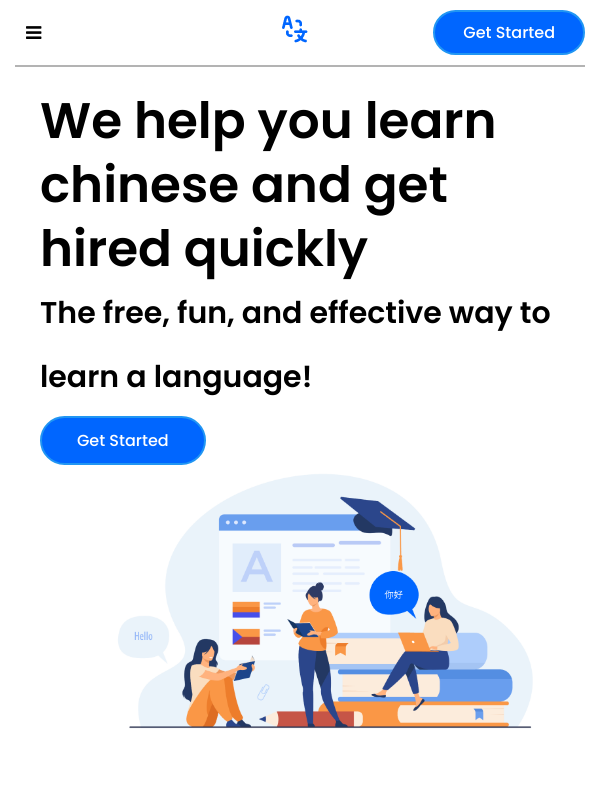
Repository: BinhIT/ChineseLearn
Page: index.html
An editor plug-in stored every save of this project. The page is shown before and after the next save, followed by the edit.
The browser window is 600 px wide. The page is 612 px wide, so the pictures cover 612 px, including what lies to the right of the window. The pictures show the whole page.

Above is the page before, as saved 2023-03-01 14:34:02.

After the next save:
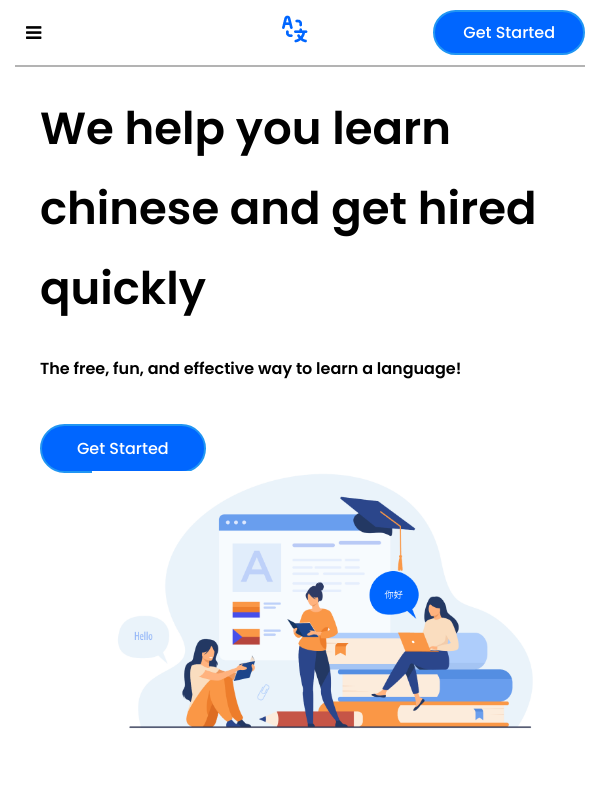
Saved 106 s later.
--- a/css/section.css
+++ b/css/section.css
@@ -50,7 +50,7 @@
 }
 
 /* Mobile */
-@media only screen and (max-width:765px) {
+@media only screen and (min-width: 528) and (max-width:765px) {
     .hero-col1 {
         line-height: 4em;
     }

After the save that followed:
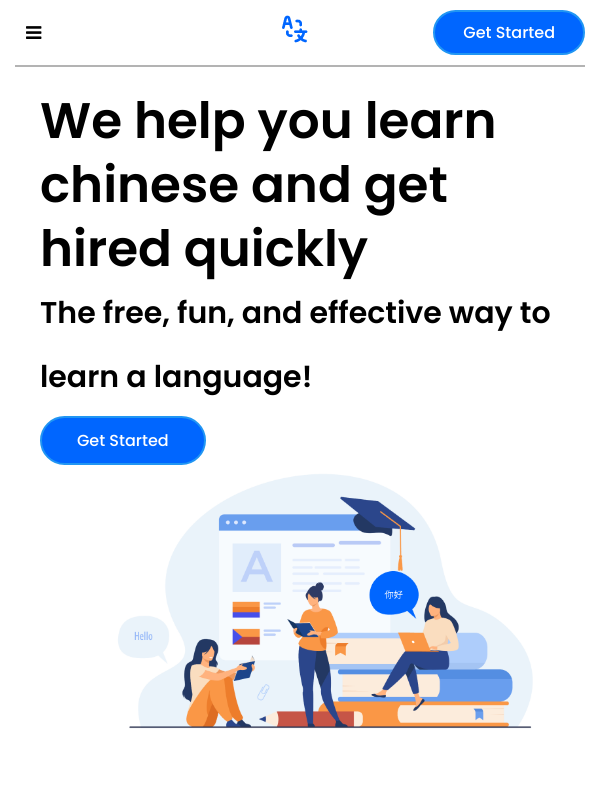
Saved 55 s later.
--- a/css/section.css
+++ b/css/section.css
@@ -50,7 +50,7 @@
 }
 
 /* Mobile */
-@media only screen and (min-width: 528) and (max-width:765px) {
+@media only screen and (min-width: 595px) and (max-width:765px) {
     .hero-col1 {
         line-height: 4em;
     }
